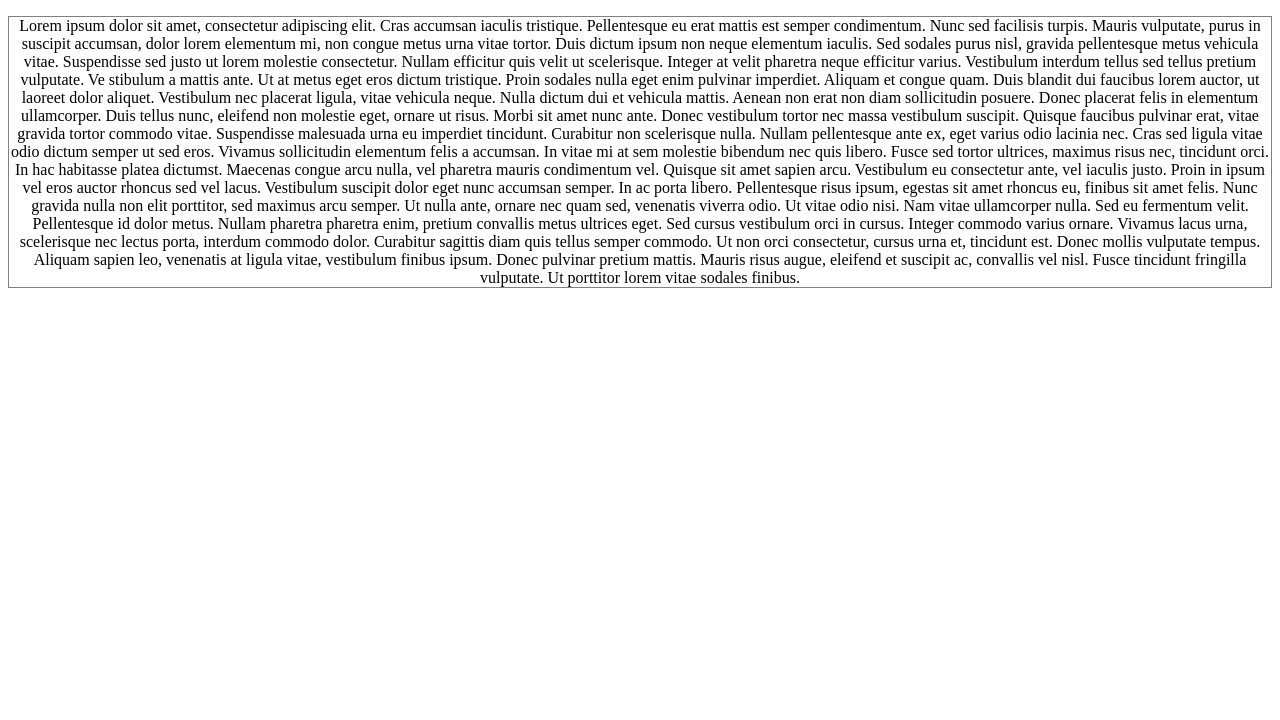
Repository: PareutPareut/frontend
Page: markDowns/htmlCssStudy/exRUN.html
These files come from the project's save history. The page is drawn as it stood at one moment and after the next save; the edit follows.
The browser window is 1280 px wide. The pictures show the whole page.

Above is the page before, as saved 2023-11-30 16:46:38.

After the next save:
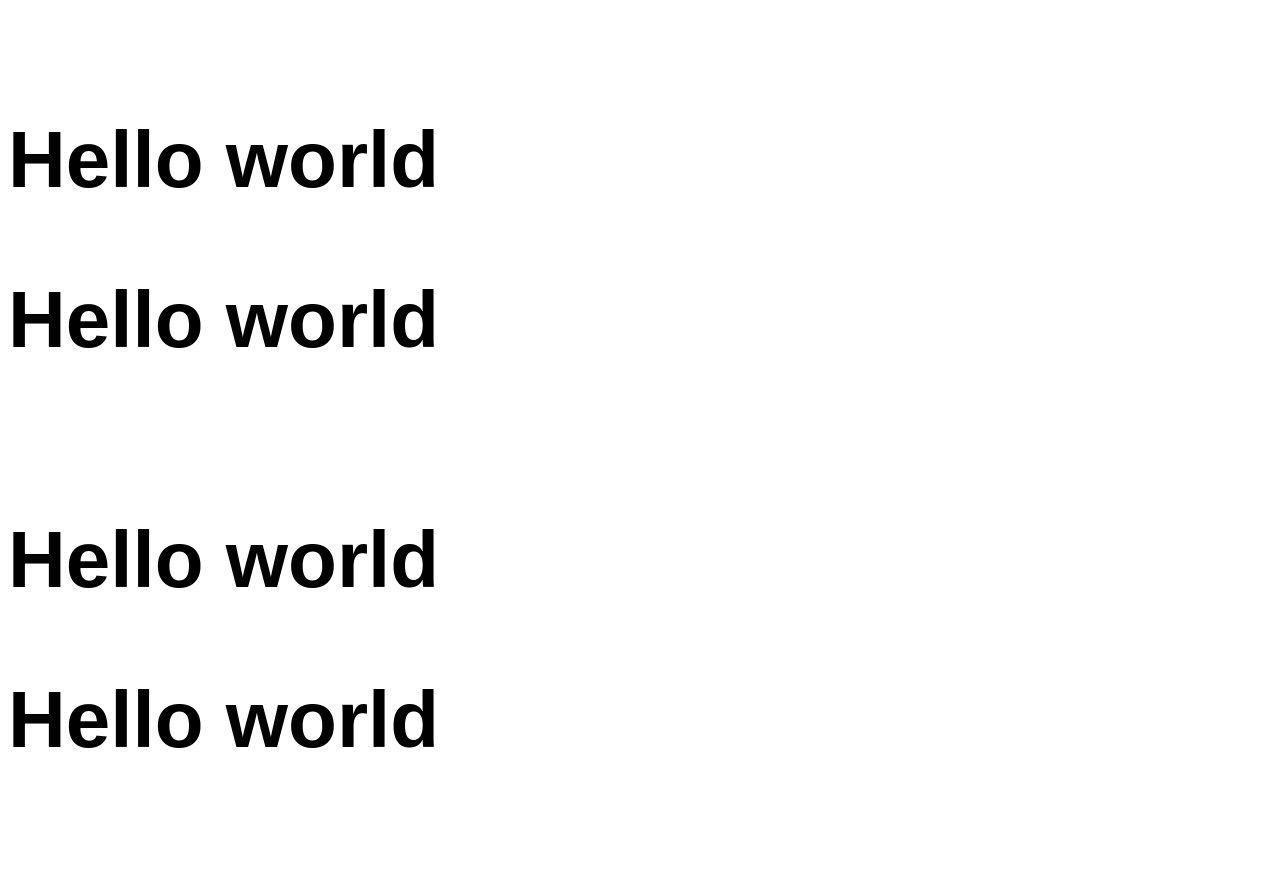
Saved 15 min 25 s later.
--- a/markDowns/htmlCssStudy/exRUN.html
+++ b/markDowns/htmlCssStudy/exRUN.html
@@ -2,25 +2,25 @@
 <html>
   <head>
     <style>
-      p{
-        text-align: center;
-        border:1px solid gray;
+      #type1{
+        font-size:5rem;
+        font-family: arial, verdana, "Helvetica Neue", serif;
+        font-weight: bold;
+        line-height: 2;
+      }
+      #type2{
+        font:bold 5rem/2 arial, verdana, "Helvetica Neue", serif;
       }
     </style>
   </head>
   <body>
-    <p>
-      Lorem ipsum dolor sit amet, consectetur adipiscing elit.
-      Cras accumsan iaculis tristique. Pellentesque eu erat mattis est semper condimentum. Nunc sed facilisis turpis. Mauris vulputate, purus in suscipit accumsan, dolor lorem elementum mi, non congue metus urna vitae tortor. Duis dictum ipsum non neque elementum iaculis. Sed sodales purus nisl, gravida pellentesque metus vehicula vitae. Suspendisse sed justo ut lorem molestie consectetur. Nullam efficitur quis velit ut scelerisque. Integer at velit pharetra neque efficitur varius.
-
-Vestibulum interdum tellus sed tellus pretium vulputate. Ve
-stibulum a mattis ante. Ut at metus eget eros dictum tristique. Proin sodales nulla eget enim pulvinar imperdiet. Aliquam et congue quam. Duis blandit dui faucibus lorem auctor, ut laoreet dolor aliquet. Vestibulum nec placerat ligula, vitae vehicula neque. Nulla dictum dui et vehicula mattis. Aenean non erat non diam sollicitudin posuere.
-
-Donec placerat felis in elementum ullamcorper. Duis tellus nunc, eleifend non molestie eget, ornare ut risus. Morbi sit amet nunc ante. Donec vestibulum tortor nec massa vestibulum suscipit. Quisque faucibus pulvinar erat, vitae gravida tortor commodo vitae. Suspendisse malesuada urna eu imperdiet tincidunt. Curabitur non scelerisque nulla. Nullam pellentesque ante ex, eget varius odio lacinia nec. Cras sed ligula vitae odio dictum semper ut sed eros. Vivamus sollicitudin elementum felis a accumsan. In vitae mi at sem molestie bibendum nec quis libero. Fusce sed tortor ultrices, maximus risus nec, tincidunt orci.
-
-In hac habitasse platea dictumst. Maecenas congue arcu nulla, vel pharetra mauris condimentum vel. Quisque sit amet sapien arcu. Vestibulum eu consectetur ante, vel iaculis justo. Proin in ipsum vel eros auctor rhoncus sed vel lacus. Vestibulum suscipit dolor eget nunc accumsan semper. In ac porta libero. Pellentesque risus ipsum, egestas sit amet rhoncus eu, finibus sit amet felis. Nunc gravida nulla non elit porttitor, sed maximus arcu semper. Ut nulla ante, ornare nec quam sed, venenatis viverra odio. Ut vitae odio nisi. Nam vitae ullamcorper nulla. Sed eu fermentum velit. Pellentesque id dolor metus. Nullam pharetra pharetra enim, pretium convallis metus ultrices eget. Sed cursus vestibulum orci in cursus.
-
-Integer commodo varius ornare. Vivamus lacus urna, scelerisque nec lectus porta, interdum commodo dolor. Curabitur sagittis diam quis tellus semper commodo. Ut non orci consectetur, cursus urna et, tincidunt est. Donec mollis vulputate tempus. Aliquam sapien leo, venenatis at ligula vitae, vestibulum finibus ipsum. Donec pulvinar pretium mattis. Mauris risus augue, eleifend et suscipit ac, convallis vel nisl. Fusce tincidunt fringilla vulputate. Ut porttitor lorem vitae sodales finibus.
+    <p id="type1">
+      Hello world<br>
+      Hello world
+    </p>
+    <p id="type2">
+      Hello world<br>
+      Hello world
     </p>
   </body>
 </html>
